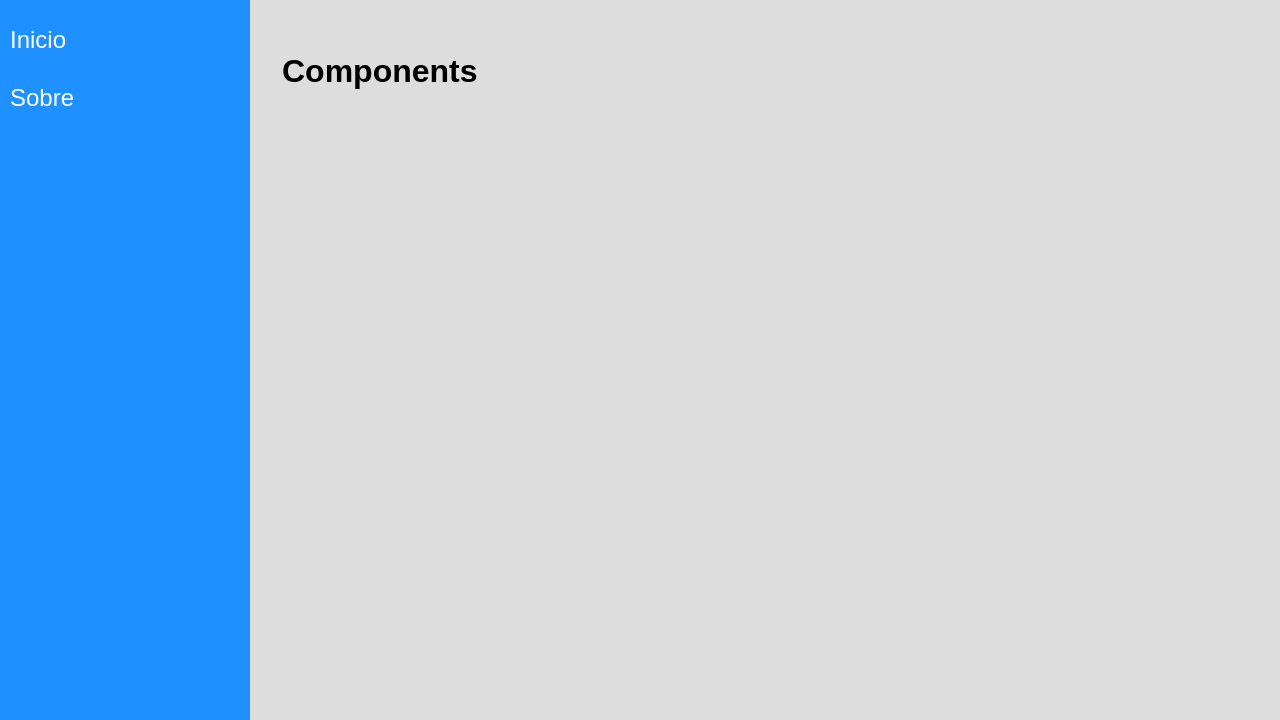
Repository: mateus-henrique-silva/estudos-react
Page: /
The author's editor kept a copy of each file at every save. The page is drawn from the files as they stood at one save, then again after the next save.
The browser window is 1280 px wide. The pictures show the whole page.
The project was rebuilt for these pictures with package versions that can differ from the ones it lists, and the page was loaded fresh each time.

Above is the page before, as saved 2022-07-11 12:10:39.

### public/index.html
<!DOCTYPE html>
<html lang="en">
  <head>
    <meta charset="utf-8" />
    <link rel="icon" href="%PUBLIC_URL%/favicon.ico" />
    <meta name="viewport" content="width=device-width, initial-scale=1" />
    <title>React App</title>
  </head>
  <body>
    <noscript>You need to enable JavaScript to run this app.</noscript>
    <div id="root"></div>

  </body>
</html>

### src/index.js
import React from 'react';
import ReactDOM from 'react-dom/client';
import App from './Views/App';
import reportWebVitals from './reportWebVitals';
import "./index.css"

const root = ReactDOM.createRoot(document.getElementById('root'));
root.render(
  <React.StrictMode>
    <App />
  </React.StrictMode>
);

// If you want to start measuring performance in your app, pass a function
// to log results (for example: reportWebVitals(console.log))
// or send to an analytics endpoint. Learn more: https://bit.ly/CRA-vitals
reportWebVitals();

### src/Views/App.jsx
import React from "react"
import Content from "../Components/Content/Content";
import Menu from "../Components/Menu/Menu";
import "../Views/App.css"

function App() {
  return (
    <div className="App">
        <Menu/>
        <Content/>
    </div>
  );
}

export default App;

### src/index.css
*{
    font-family:sans-serif;
}

body{
    margin:0;

}

### src/Components/Content/Content.jsx
import React from 'react'
import "./Content.css"

const Content = props => (
    <div className="content" >
       <h1>Components</h1>
    </div>

)
export default Content

### src/Components/Menu/Menu.jsx
import React from "react";
import "./Menu.css";

const Menu = (props) => (
  <aside className="Menu">
    <nav>
      <ul>
        <li>
          <a href="#">Inicio</a>
        </li>

        <li>
          <a href="#">Sobre</a>
        </li>
      </ul>
    </nav>
  </aside>
);

export default Menu;

### src/Views/App.css
.App{
    display:flex;

    height: 100vh;
}

### src/Components/Content/Content.css
.content{
    display:flex;
    flex-grow: 1;

    background-color: #ddd;
    padding:2rem;
}

### src/Components/Menu/Menu.css
.Menu{
    display:flex;
    flex-basis: 250px;
    background-color:#1e90ff;



}

.Menu ul{
    list-style:none;
    padding:0;
}

.Menu li{
    display:flex;

}

.Menu nav{
    flex-grow:1;

}

.Menu li a{
    flex:1;
    margin-bottom: 10px;
    text-decoration: none;
    color: white;
    font-size:1.5rem;
    padding:10px;
}


.Menu li a:hover{
 background: #00000020;
}

Loaded but not shown: src/reportWebVitals.js (common file)

After the next save:
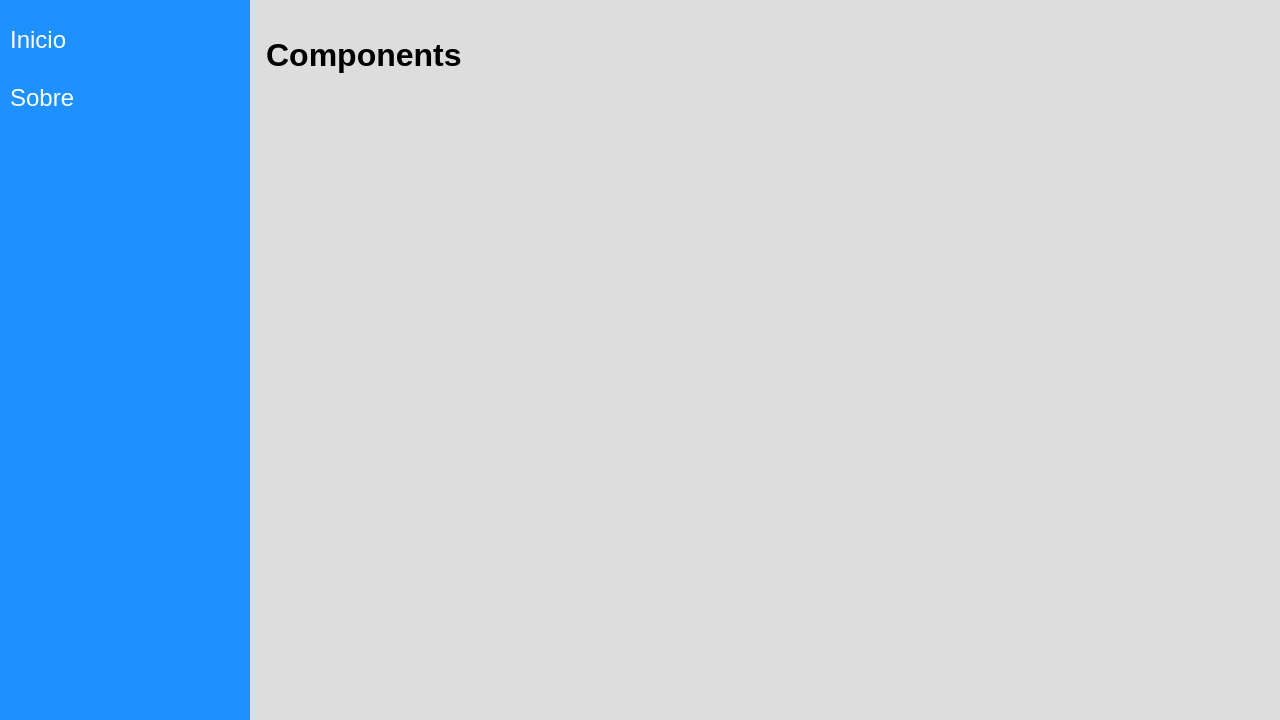
Saved 5 min 25 s later.
--- a/src/Components/Content/Content.css
+++ b/src/Components/Content/Content.css
@@ -3,5 +3,5 @@
     flex-grow: 1;
 
     background-color: #ddd;
-    padding:2rem;
+    padding:1rem;
 }
